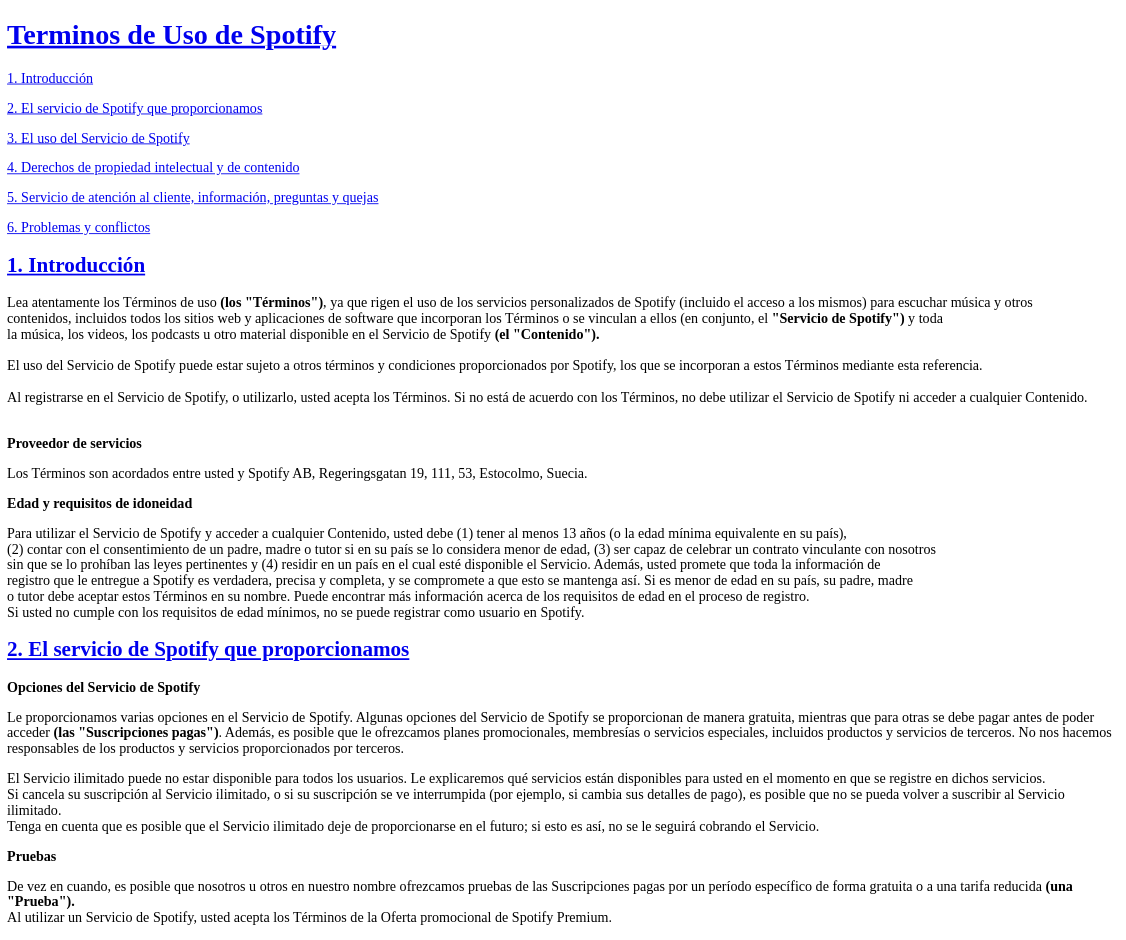
Repository: Devbenitez/Gen_30
Page: Gen_30/maquetado/index.html
These files come from the project's save history. The page is drawn as it stood at one moment and after the next save; the edit follows.
The browser window is 1280 px wide. The pictures show the whole page, at 88% of full size.

Above is the page before, as saved 2023-10-31 05:37:49.

### Gen_30/maquetado/index.html
<!DOCTYPE html>
<!-- especificamos el lenguage con el que trabaja nuestra pagina -->
<html lang="es">
  <head>
    <meta charset="UTF-8" />
    <meta name="description" content="Primera pagina del modulo de Maquetado" />
    <meta name="author" content="Daniel Benitez" />
    <title>Maquetado - clase 1</title>
  </head>
  <body>
    <!-- etiquetas contededores -->
    <!-- <div>asdasdasd</div>
    <section>dasdasdasd</section>
    <article>asdasd</article>
    <main>
-->
    <main>
      <!--  etiquetas de texto -->
      <h1>
        <a id= "Terminos de Uso de Spotify" href="#Terminos de Uso de Spotify"> Terminos de Uso de Spotify</a>
    </h1>

      <p>
        <a href="#1. Introducción">1. Introducción</a>
        </p>
      <p>
        <a href="#2. El servicio de Spotify que proporcionamos">2. El servicio de Spotify que proporcionamos</a>
        </p>
      <p>
        <a href="#3. El uso del Servicio de Spotify">3. El uso del Servicio de Spotify</a>
        </p>
      <p>
        <a href="#4. Derechos de propiedad intelectual y de contenido">4. Derechos de propiedad intelectual y de contenido</a>
        </p>
      <p>
        <a href="#5. Servicio de atención al cliente, información, preguntas y quejas">5. Servicio de atención al cliente, información, preguntas y quejas</a>
        </p>
      <p>
        <a href="#6. Problemas y conflictos">6. Problemas y conflictos</a>
        </p>

        <h2>
            <a id= "1. Introducción" href="#1. Introducción">1. Introducción</a>
        </h2>

        <!-- parrafos -->
      <p>
        Lea atentamente los Términos de uso <b>(los "Términos")</b>, ya que rigen el uso de los servicios personalizados de Spotify (incluido el acceso a los mismos) para escuchar música y otros <br />
         contenidos, incluidos todos los sitios web y aplicaciones de software que incorporan los Términos o se vinculan a ellos (en conjunto, el <b>"Servicio de Spotify")</b> y toda <br />
          la música, los videos, los podcasts u otro material disponible en el Servicio de Spotify <b>(el "Contenido").</b><br /><br />
          El uso del Servicio de Spotify puede estar sujeto a otros términos y condiciones proporcionados por Spotify, los que se incorporan a estos Términos mediante esta referencia.
          <br /><br />
          Al registrarse en el Servicio de Spotify, o utilizarlo, usted acepta los Términos. Si no está de acuerdo con los Términos, no debe utilizar el Servicio de Spotify ni acceder a cualquier Contenido.
          <br /><br />
      </p>
      <p><b>Proveedor de servicios</b></p>
      <p>Los Términos son acordados entre usted y Spotify AB, Regeringsgatan 19, 111, 53, Estocolmo, Suecia.</p>
      <p><b>Edad y requisitos de idoneidad</b></p>
      <p>
        Para utilizar el Servicio de Spotify y acceder a cualquier Contenido, usted debe (1) tener al menos 13 años (o la edad mínima equivalente en su país),<br />
        (2) contar con el consentimiento de un padre, madre o tutor si en su país se lo considera menor de edad, (3) ser capaz de celebrar un contrato vinculante con nosotros<br />
        sin que se lo prohíban las leyes pertinentes y (4) residir en un país en el cual esté disponible el Servicio. Además, usted promete que toda la información de<br />
        registro que le entregue a Spotify es verdadera, precisa y completa, y se compromete a que esto se mantenga así. Si es menor de edad en su país, su padre, madre<br />
        o tutor debe aceptar estos Términos en su nombre. Puede encontrar más información acerca de los requisitos de edad en el proceso de registro.<br />
        Si usted no cumple con los requisitos de edad mínimos, no se puede registrar como usuario en Spotify.
      </p>
      <h2>
        <a id= "2. El servicio de Spotify que proporcionamos" href="#2. El servicio de Spotify que proporcionamos">2. El servicio de Spotify que proporcionamos</a>
    </h2>
    <p><b>Opciones del Servicio de Spotify</b></p>
    <p>Le proporcionamos varias opciones en el Servicio de Spotify. Algunas opciones del Servicio de Spotify se proporcionan de manera gratuita, mientras que para otras se debe pagar antes de poder<br />
        acceder <b>(las "Suscripciones pagas")</b>. Además, es posible que le ofrezcamos planes promocionales, membresías o servicios especiales, incluidos productos y servicios de terceros. No nos hacemos responsables de los productos y servicios proporcionados por terceros.</p>

    <p>El Servicio ilimitado puede no estar disponible para todos los usuarios. Le explicaremos qué servicios están disponibles para usted en el momento en que se registre en dichos servicios.<br />
        Si cancela su suscripción al Servicio ilimitado, o si su suscripción se ve interrumpida (por ejemplo, si cambia sus detalles de pago), es posible que no se pueda volver a suscribir al Servicio ilimitado.<br />
        Tenga en cuenta que es posible que el Servicio ilimitado deje de proporcionarse en el futuro; si esto es así, no se le seguirá cobrando el Servicio.</p>
    <p><b>Pruebas</b></p>
    <p>De vez en cuando, es posible que nosotros u otros en nuestro nombre ofrezcamos pruebas de las Suscripciones pagas por un período específico de forma gratuita o a una tarifa reducida <b>(una "Prueba").</b><br />
        Al utilizar un Servicio de Spotify, usted acepta los Términos de la Oferta promocional de Spotify Premium.</p>

        </main>
  </body>
</html>

After the next save:
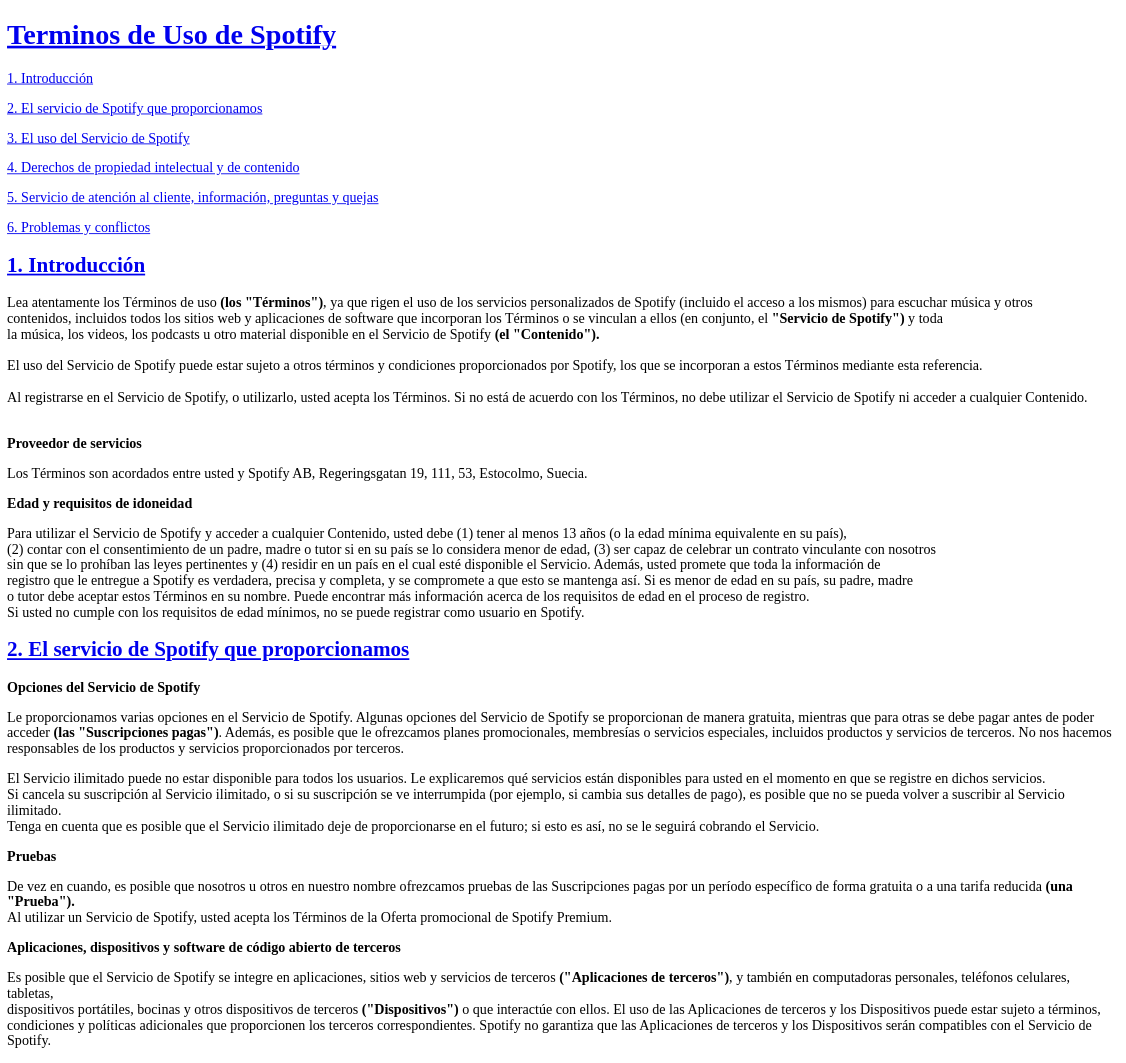
Saved 3 min 52 s later.
--- a/Gen_30/maquetado/index.html
+++ b/Gen_30/maquetado/index.html
@@ -77,6 +77,10 @@
     <p><b>Pruebas</b></p>
     <p>De vez en cuando, es posible que nosotros u otros en nuestro nombre ofrezcamos pruebas de las Suscripciones pagas por un período específico de forma gratuita o a una tarifa reducida <b>(una "Prueba").</b><br />
         Al utilizar un Servicio de Spotify, usted acepta los Términos de la Oferta promocional de Spotify Premium.</p>
+    <p><b>Aplicaciones, dispositivos y software de código abierto de terceros</b></p>
+    <p>Es posible que el Servicio de Spotify se integre en aplicaciones, sitios web y servicios de terceros <b>("Aplicaciones de terceros")</b>, y también en computadoras personales, teléfonos celulares, tabletas,<br />
+        dispositivos portátiles, bocinas y otros dispositivos de terceros <b>("Dispositivos")</b> o que interactúe con ellos. El uso de las Aplicaciones de terceros y los Dispositivos puede estar sujeto a términos,<br />
+        condiciones y políticas adicionales que proporcionen los terceros correspondientes. Spotify no garantiza que las Aplicaciones de terceros y los Dispositivos serán compatibles con el Servicio de Spotify.</p>
 
         </main>
   </body>
